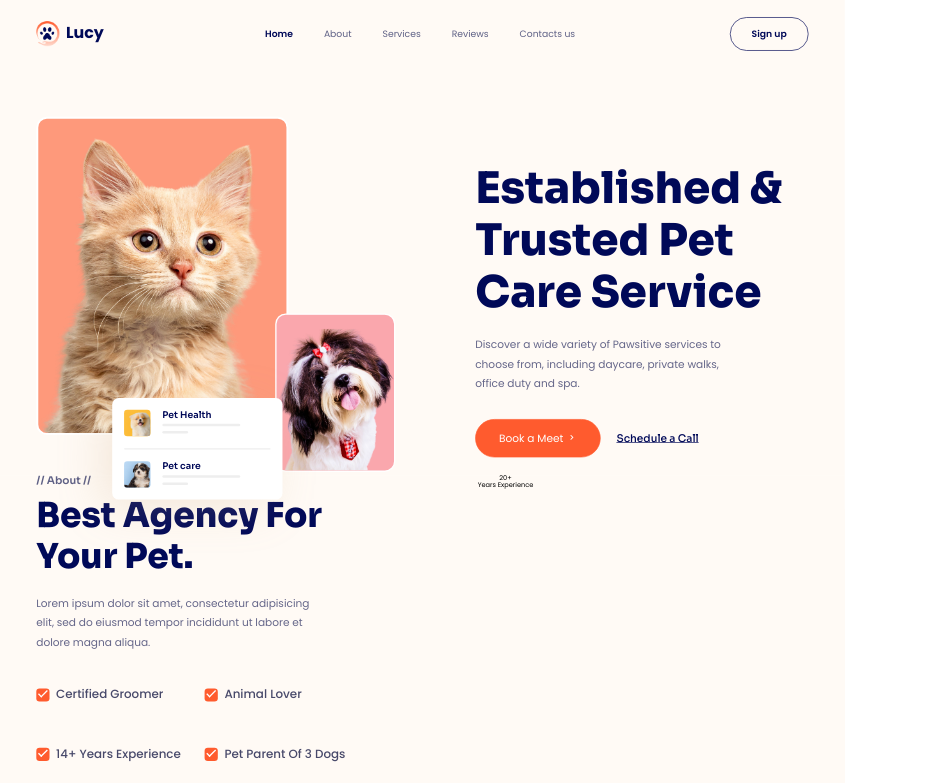
Repository: Cuongquaidan/F8projeact-04
Page: index.html
An editor plug-in stored every save of this project. The page is shown before and after the next save, followed by the edit.
The browser window is 1280 px wide. The page is 1280 px wide, then 1401 px, so the pictures cover 1401 px, including what lies to the right of the window. The pictures show the whole page, at 66% of full size.

Above is the page before, as saved 2023-04-15 13:35:46.

### index.html
<!DOCTYPE html>
<html lang="en">
    <head>
        <meta charset="UTF-8" />
        <meta http-equiv="X-UA-Compatible" content="IE=edge" />
        <meta name="viewport" content="width=device-width, initial-scale=1.0" />
        <title>F8project-4</title>
        <!-- reset css -->
        <link rel="stylesheet" href="./asset/css/reset.css" />
        <!-- font -->
        <link rel="preconnect" href="https://fonts.googleapis.com" />
        <link rel="preconnect" href="https://fonts.gstatic.com" crossorigin />
        <link
            href="https://fonts.googleapis.com/css2?family=Poppins:ital,wght@0,200;0,300;0,400;0,500;0,600;0,700;0,800;0,900;1,100;1,200;1,300;1,400;1,500;1,600;1,700;1,800;1,900&family=Sora:wght@100;200;300;400;500;600;700;800&display=swap"
            rel="stylesheet"
        />
        <!-- icon -->
        <link
            href="https://unpkg.com/boxicons@2.1.4/css/boxicons.min.css"
            rel="stylesheet"
        />

        <!-- styles -->
        <link rel="stylesheet" href="./asset/css/styles.css" />
        <link rel="stylesheet" href="./asset/css/responsive.css" />
    </head>
    <body>
        <div class="header">
            <div class="container">
                <a href="#" class="brand__link">
                    <div class="header__brand">
                        <img
                            src="./asset/img/logo.png"
                            alt="Lucy"
                            class="brand__img"
                        />
                        <span class="brand__name">Lucy</span>
                    </div>
                </a>
                <ul class="header__nav">
                    <li class="header__nav-item">
                        <a
                            href="#header"
                            class="nav-item__link nav-item--active"
                            >Home</a
                        >
                    </li>
                    <li class="header__nav-item">
                        <a href="#about" class="nav-item__link">About</a>
                    </li>
                    <li class="header__nav-item">
                        <a href="#services" class="nav-item__link">Services</a>
                    </li>
                    <li class="header__nav-item">
                        <a href="#reviews" class="nav-item__link">Reviews</a>
                    </li>
                    <li class="header__nav-item">
                        <a href="#contacts" class="nav-item__link"
                            >Contacts us</a
                        >
                    </li>
                </ul>
                <div class="header__action">
                    <button class="header__action-btn">Sign up</button>
                </div>
            </div>
            <div class="hero">
                <div class="container hero__container">
                    <div class="hero__cards">
                        <div class="cards__media">
                            <div class="cards__main-card">
                                <img src="./asset/img/pattern-1.svg" alt="pattern" class="main-card__decor">
                                <img
                                    src="./asset/img/conmeovang.png"
                                    alt="Meomeo"
                                    class="main-cards__img"
                                />
                                <img src="./asset/img/pattern-2.svg" alt="pattern" class="main-card__decor">
                            </div>
                            <div class="cards__sub-card">
                                <img
                                    src="./asset/img/conchohong.png"
                                    alt="Pets"
                                    class="sub-cards__img"
                                />
                            </div>
                        </div>
                        <div class="cards__info-card">
                            <div class="info-card__pet">
                                <div class="pet__bg-img"><img src="./asset/img/conchovang.png" alt="pets" class="pet__img"></img></div>
                                   <div class="info__inner-card">
                                    <p class="pet__title">Pet Health</p>
                                    <div class="pet__skeleton-long"></div>
                                    <div class="pet__skeleton-short"></div>
                                   </div>

                            </div>
                            <div class="seperate"></div>
                            <div class="info-card__pet">
                                <div class="pet__bg-img"> <img src="./asset/img/conchoxanh.png" alt="pets" class="pet__img"></img></div>
                                <div class="info__inner-card">
                                    <p class="pet__title">Pet care</p>
                                <div class="pet__skeleton-long"></div>
                                <div class="pet__skeleton-short"></div>
                                </div>
                            </div>
                        </div>
                    </div>
                    <section class="hero__contents">
                        <p class="hero__contents-title title">Established &
                            Trusted Pet
                            Care Service</p>
                        <p class="hero__contents-desc desc">
                            Discover a wide variety of Pawsitive services to choose from, including daycare, private walks, office duty and spa.
                        </p>
                        <div class="hero__contents-booking">
                            <button class="btn booking__btn">Book a Meet <span class="book-chevron"><i class='bx bx-chevron-right'></i></span></button>
                            <a href="#!" class="booking-call">Schedule a Call</a>
                        </div>
                    </section>
                </div>
            </div>
        </div>
        <div class="about">
            <div class="container about__container">

                <div class="about-info">
                    <div class="about__contents">
                        <div class="about__cmt">// About //</div>
                        <div class="about__contents-title title">Best Agency For Your Pet.</div>
                        <div class="about__contents-desc desc">Lorem ipsum dolor sit amet, consectetur adipisicing elit, sed do eiusmod tempor incididunt ut labore et dolore magna aliqua.</div>
                        <div class="about__contents-check-boxs">
                            <div class="about__contents-check-box">
                                <div class="about__fake-check">
                                    <div class="about__stick"></div>
                                </div>
                                <p class="about__name-check">Certified Groomer</p>
                            </div>
                            <div class="about__contents-check-box">
                                <div class="about__fake-check">
                                    <div class="about__stick"></div>
                                </div>
                                <p class="about__name-check">Animal Lover</p>
                            </div>
                            <div class="about__contents-check-box">
                                <div class="about__fake-check">
                                    <div class="about__stick"></div>
                                </div>
                                <p class="about__name-check">14+ Years Experience</p>
                            </div>
                            <div class="about__contents-check-box">
                                <div class="about__fake-check">
                                    <div class="about__stick"></div>
                                </div>
                                <p class="about__name-check">Pet Parent Of 3 Dogs</p>
                            </div>
                        </div>
                    </div>
                    <div class="about__media">
                        <div class="about__media-info">
                            <p class="media-info__tittle">20+</p>
                            <p>Years Experience</p>
                        </div>
                    </div>
                </div>
                <!-- <div class="about__info">
                    <div class="about__media">
                        <img src="./asset/img/image 57.png" alt="pets">
                        <div class="about__media-wrap1">
                            <img src="./asset/img/Vector 10.png" alt="">
                            <img src="./asset/img/Vector 9.png" alt="">
                            <img src="./asset/img/Vector 8.png" alt="">
                        </div>
                        <div class="about__media-wrap2">
                            <img src="./asset/img/Vector 11.png" alt="">
                            <img src="./asset/img/Vector 12.png" alt="">
                        </div>
                        <div class="about__media-wrap3">
                            <img src="./asset/img/hinhtron1.png" alt="">
                            <img src="./asset/img/hinhtron2.png" alt="">
                            <img src="./asset/img/hinhtron3.png" alt="">
                        </div>
                    </div>
                    <div class="about__contents">

                    </div>
                </div> -->
            </div>
        </div>
        <script src="./app.js"></script>
    </body>
</html>

### asset/css/styles.css
* {
    box-sizing: border-box;
}
html {
    font-size: 62.5%;
}

:root {
    --primary-background-color: #fffaf5;
    --primary-font-tittle: "Sora", sans-serif;
    --primary-color: #000958;
}
body {
    font-size: 1.6rem;
    font-family: "Poppins", sans-serif;
}
/* comman */
input,
textarea,
select,
button {
    font-size: inherit;
    font-family: inherit;
}
a {
    text-decoration: none;
    color: #5e6085;
}
.container {
    width: 1170px;
    margin-left: auto;
    margin-right: auto;
    display: flex;
    text-align: center;
}
.title {
    color: var(--primary-color);
    font-family: "Sora", sans-serif;
    font-size: 5.2rem;
    line-height: 6.2rem;
    font-weight: 800;
    text-align: left;
}
.desc {
    font-weight: 400;
    font-size: 1.6rem;
    line-height: 3rem;
    text-align: left;
    color: #656689;
}
.btn {
    height: 54px;
    min-width: 190px;
    border: 1px solid #ff5b2e;
    color: #ff5b2e;
    background-color: #ffffff;
    border-radius: 31px;
}
/* header */
.header {
    background-color: var(--primary-background-color);
    padding-top: 26px;
    height: 100vh;
    font-size: 1rem;
}

.header .container {
    justify-content: space-between;
}
.header__brand {
    display: flex;
    text-align: center;
    padding: 6px 0px;
}
.brand__img {
    width: 35px;
    height: auto;
    object-fit: cover;
}
.brand__name {
    color: var(--primary-color);
    font-size: 2.4em;
    font-weight: 700;
    padding: 6px 10px;
}
.header__nav {
    display: flex;
    width: 490px;
    justify-content: space-between;
    text-align: center;
}
.header__nav-item {
    padding: 18px 10px;
    font-size: 1.4em;
    color: #5e6085;
}
.nav-item--active {
    font-weight: 600;
    color: var(--primary-color);
}
.header__action-btn {
    font-size: 1.4em;
    font-weight: 600;
    padding: 14px 32px;
    border: 1px solid var(--primary-color);
    color: var(--primary-color);
    background-color: var(--primary-background-color);
    border-radius: 25px;
}
/* hero */
.hero {
    margin-top: 100px;
    font-size: 1rem;
}
.hero__container {
    display: grid;
    grid-template-columns: repeat(2, 1fr);
}
.hero__cards {
    position: relative;
}
.cards__media {
    display: flex;
    align-items: end;
}

.cards__main-card {
    position: relative;
    width: 382px;
    height: 482px;
    background-color: #fe997b;
    border: 3px solid white;
    border-radius: 16px;
}
.main-cards__img {
    position: absolute;
    bottom: 0;
    left: 0;
    max-width: 100%;
    border-radius: 16px;
}
.main-card__decor {
    position: absolute;
    z-index: -1;
    top: 17px;
    right: -35px;
}
.main-card__decor:nth-child(3) {
    position: absolute;
    top: auto;
    right: auto;
    bottom: 10px;
    left: -58px;
}

.cards__sub-card {
    position: relative;
    margin-left: -20px;
    transform: translateY(56px);
    width: 182px;
    height: 240px;
    background-color: #faa7ad;
    border: 2px solid white;
    border-radius: 16px;
}
.sub-cards__img {
    position: absolute;
    bottom: 0;
    left: 0;
    max-width: 100%;
    border-radius: 16px;
}
.cards__info-card {
    position: absolute;
    top: 426px;
    right: 212px;
    background-color: white;
    box-shadow: -17px 14px 68px -4px rgba(207, 174, 132, 0.25);
    border-radius: 10px;
}

.info-card__pet {
    display: flex;
}
.seperate {
    width: 222px;
    margin-left: 18px;
    margin-right: 18px;
    background-color: #eee;
    height: 2px;
    border-radius: 1px;
}
.pet__bg-img {
    background-color: #fdbf3d;
    margin: 18px;
    width: 40px;
    height: 40px;
    border-radius: 5px;
}
.info-card__pet:nth-child(3) .pet__bg-img {
    background-color: #bcdaf5;
}
.pet__img {
    width: 100%;
    border-radius: 5px;
}
.info__inner-card {
    margin-top: 18px;
    display: flex;
    flex-direction: column;
    align-items: start;
}
.pet__title {
    color: var(--primary-color);
    font-family: "Sora", sans-serif;
    font-size: 1.4em;
    font-weight: 600;
}
.pet__skeleton-long {
    margin-top: 7px;
    margin-bottom: 7px;
    background-color: #eee;
    border-radius: 3px;
    width: 118px;
    height: 4px;
}
.pet__skeleton-short {
    background-color: #eee;
    border-radius: 3px;
    width: 39px;
    height: 4px;
}
.hero__contents {
    padding-top: 70px;
    padding-left: 80px;
}
.hero__contents-title {
    font-size: 6.6em;
    line-height: 1.19;
    margin-bottom: 24px;
    margin-right: 30px;
}
.hero__contents-desc {
    width: 390px;
}
.hero__contents-booking {
    display: flex;
    justify-content: start;
    align-items: center;
    margin-top: 38px;
}
.booking__btn {
    height: 58px;
    min-width: 190px;
    font-size: 1.6em;
    border: 1px solid #ff5b2e;
    color: #fff;
    background-color: #ff5b2e;
}
.booking-chevron {
    display: inline-block;
    width: 20px;
    height: 20px;
    border-radius: 999px;
    background-color: #fff;
    color: #ff5b2e;
    line-height: 20px;
    margin-left: 10px;
}
.booking-chevron .bx-chevron-right {
    text-align: center;
    line-height: 20px;
}
.booking-call {
    font-family: "Sora", sans-serif;
    margin-left: 24px;
    text-decoration: underline;
    color: var(--primary-color);
    font-weight: 500;
    font-size: 16px;
}
/* About */
.about {
    background-color: var(--primary-background-color);
    font-size: 1rem;
}

.about-info {
    display: grid;
    grid-template-columns: repeat(2, 1fr);
}
.about__cmt {
    color: #5e6085;
    text-align: start;

    font-family: "Sora";

    font-weight: 600;
    font-size: 1.6em;

    color: #5e6085;
}
.about__contents-title {
    width: 446px;
    margin-bottom: 24px;
    margin-top: 15px;
}
.about__contents-desc {
    width: 430px;
}
.about__contents-check-boxs {
    display: grid;
    margin-top: 54px;
    grid-template-columns: repeat(2, 1fr);
    gap: 36px;
}
.about__contents-check-box {
    display: flex;
    justify-self: start;
    text-align: center;
}
.about__fake-check {
    display: inline-block;
    padding: 3px;
    width: 20px;
    height: 20px;
    margin-right: 10px;
    margin-bottom: 34px;
    border-radius: 5px;
    background-color: #ff5b2e;
}
.about__stick {
    width: 14px;
    height: 7px;
    border-bottom: 2px solid #fff;
    border-left: 2px solid #fff;
    rotate: -45deg;
}
.about__name-check {
    display: inline-block;
    color: #48496a;
    font-size: 1.8em;
    font-weight: 500;
}

Loaded but not shown: asset/css/reset.css (common file); app.js (no copy from this time; the picture is the same without it); asset/css/responsive.css (no stored copy; drawn as an empty file)

After the next save:
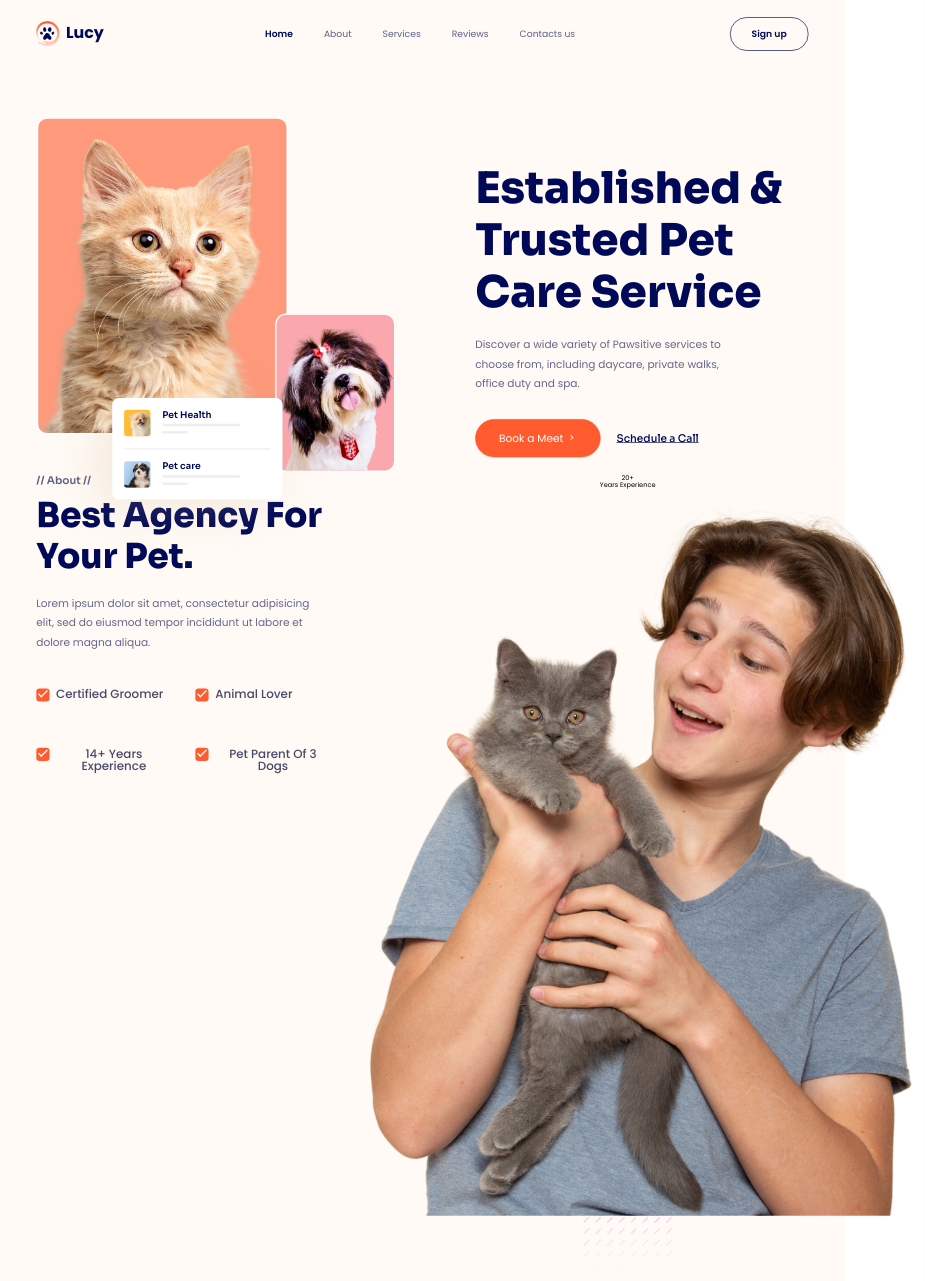
Saved 119 s later.
--- a/index.html
+++ b/index.html
@@ -161,6 +161,10 @@
                             <p class="media-info__tittle">20+</p>
                             <p>Years Experience</p>
                         </div>
+                        <div class="about__media-wrap">
+                            <img src="./asset/img/hinhnguoiommeo.png" alt="">
+                            <img src="./asset/img/about-pattern.png" alt="" class="media-wrap__decor">
+                        </div>
                     </div>
                 </div>
                 <!-- <div class="about__info">
